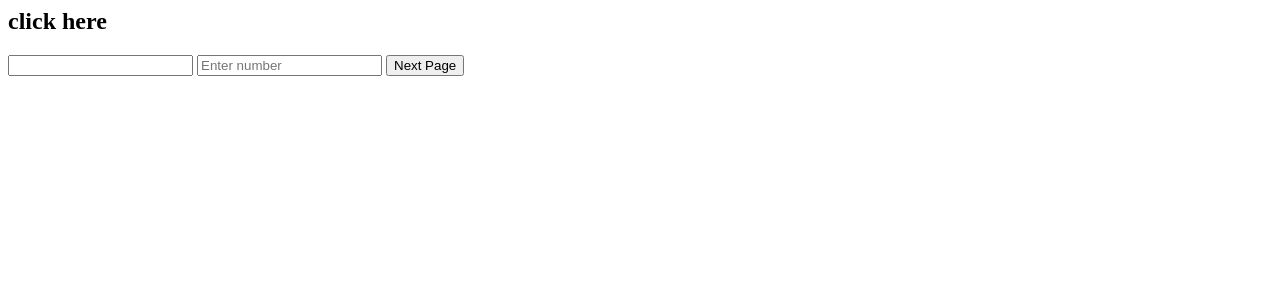
Repository: ankitajoshi060/Spring-MVC
Page: http://localhost/SpringMvcXmlConfiguration/
An editor plug-in stored every save of this project. The page is shown before and after the next save, followed by the edit.
The browser window is 1280 px wide. The pictures show the whole page.
The page is served by Tomcat 9. Other server files are loaded and not shown.

Above is the page before, as saved 2024-01-21 13:55:46.

### SpringMvcXmlConfiguration/src/main/webapp/index.jsp
<html>
<body>

<h2>click here</h2>
<form action="click">
<input type="number" palceholder="Enter number">
<input type="number" placeholder="Enter number">
<input type="submit" value="Next Page">
</form>
</body>
</html>

After the next save:
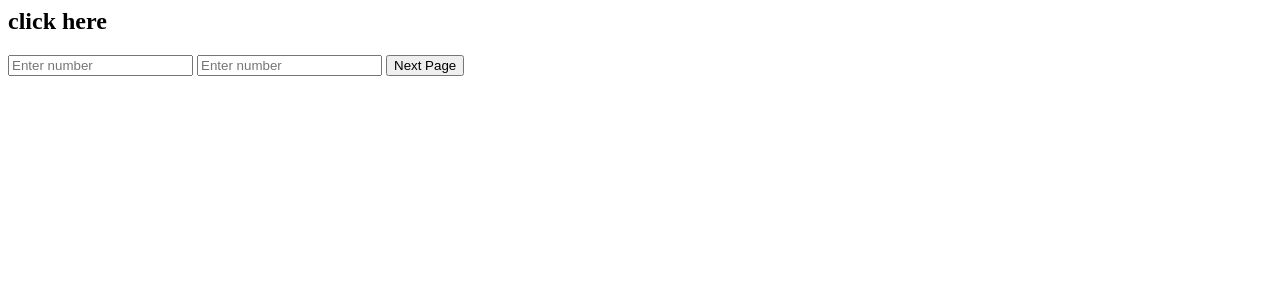
Saved 29 s later.
--- a/SpringMvcXmlConfiguration/src/main/webapp/index.jsp
+++ b/SpringMvcXmlConfiguration/src/main/webapp/index.jsp
@@ -3,8 +3,8 @@
 
 <h2>click here</h2>
 <form action="click">
-<input type="number" palceholder="Enter number">
-<input type="number" placeholder="Enter number">
+<input type="number" placeholder="Enter number" name="num1">
+<input type="number" placeholder="Enter number" name="num2">
 <input type="submit" value="Next Page">
 </form>
 </body>
